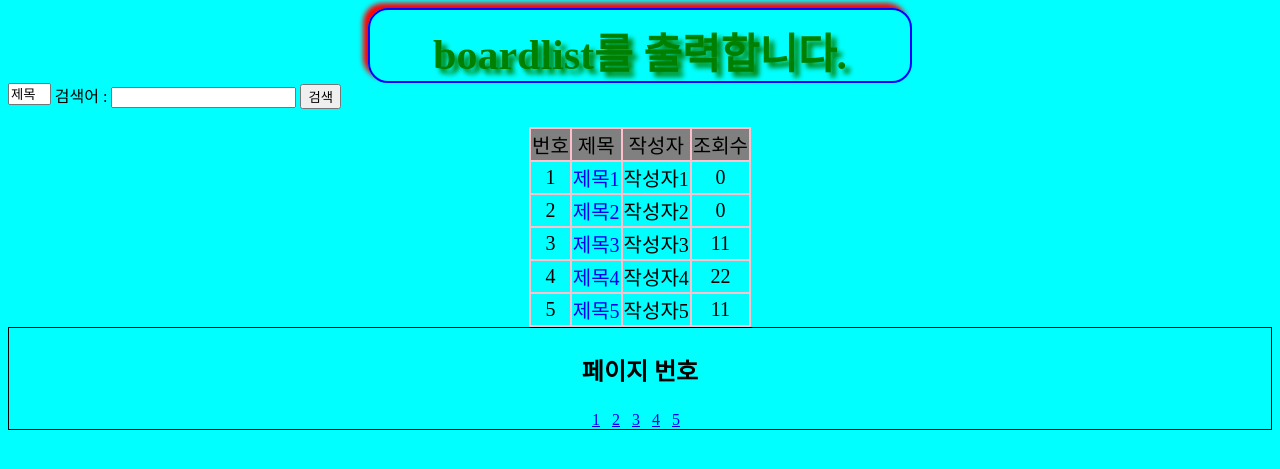
Repository: younseochoi/AI_PLATFORM
Page: my_code/03_web/html/src/main/webapp/boardlist.html
These files come from the project's save history. The page is drawn as it stood at one moment and after the next save; the edit follows.
The browser window is 1280 px wide. The pictures show the whole page.

Above is the page before, as saved 2022-07-25 08:22:34.

### my_code/03_web/html/src/main/webapp/boardlist.html
<!DOCTYPE html>
<html>
<head>
<meta charset="UTF-8">
<title>게시물리스트입니다.</title>
<style type="text/css">
body{
	background-color: aqua;
}

#title{
/* 제목 파랑박스 가로 중앙정렬/ 빨강음영 / 모서리 둥글게/ 텍스트 녹색 중앙정렬 */
	border: 2px solid blue;
	border-radius: 20px;
	color:green;
	font-size: 42px ;
	margin:0 auto ;
	box-shadow: -5px -5px 5px red;
	text-shadow: 5px 5px 5px green;
	text-align: center;
	width: 500px;
	padding :10px 20px 0px 20px ;
}

table{ margin:0 auto; text-align: center; border-collapse: collapse; font-size: 20px; }
tr{border: 2px solid pink; margin:0;}
th{border: 2px solid pink; margin:0;background-color: gray; font-weight: normal;}
td{border: 2px solid pink; margin:0;}
td a{
	text-decoration: none;
}
#page-num{
	border: 1px solid black;
	text-align: center;
}
#page-num h3{
	font-size: 24px;

}
</style>
</head>
<body>
<div id="title-box">
<h1 id="title">boardlist를 출력합니다.</h1>
</div>
<form action="boardsearch.html">
<div>
	<select name="item" multiple="multiple" size ="1" lang="1">
		<option value = "title">제목</option>
		<option value ="contents">내용</option>
		<option value="writer">작성자</option>
	</select>
	검색어 : <input type="text" name= "keyword">
			<input type = "submit" value="검색">
</div>
</form>
<br>
<div id="table-box">
<table>
	<tr>
		<th>번호</th>
		<th>제목</th>
		<th>작성자</th>
		<th>조회수</th>
	</tr>
	<tr>
		<td>1</td>
		<td><a href="boarddetail.html">제목1</a></td>
		<td>작성자1</td>
		<td>0</td>
	</tr>
	<tr>
		<td>2</td>
		<td><a href="boarddetail.html">제목2</a></td>
		<td>작성자2</td>
		<td>0</td>
	</tr>
	<tr>
		<td>3</td>
		<td><a href="boarddetail.html">제목3</a></td>
		<td>작성자3</td>
		<td>11</td>
	</tr>
	<tr>
		<td>4</td>
		<td><a href="boarddetail.html">제목4</a></td>
		<td>작성자4</td>
		<td>22</td>
	</tr>
	<tr>
		<td>5</td>
		<td><a href="boarddetail.html">제목5</a></td>
		<td>작성자5</td>
		<td>11</td>
	</tr>
</table>
</div>
<div id="page-num">
	<h3>페이지 번호</h3>
	<a href="boardlist.html">1</a> &nbsp;
	<a href="boardlist.html">2</a> &nbsp;
	<a href="boardlist.html">3</a> &nbsp;
	<a href="boardlist.html">4</a> &nbsp;
	<a href="boardlist.html">5</a> &nbsp;
</div>
</body>
</html>

After the next save:
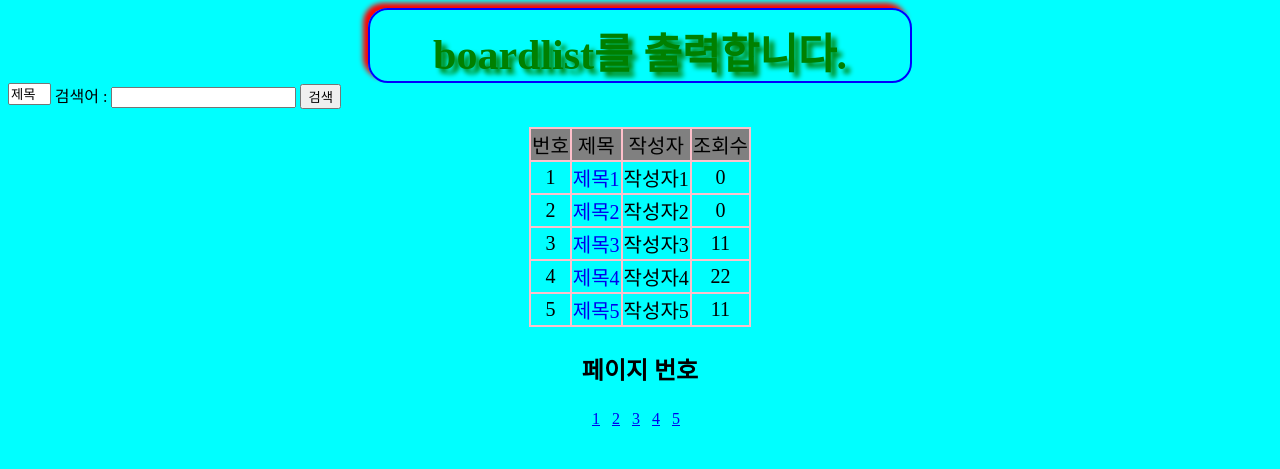
Saved 15 s later.
--- a/my_code/03_web/html/src/main/webapp/boardlist.html
+++ b/my_code/03_web/html/src/main/webapp/boardlist.html
@@ -30,7 +30,6 @@ td a{
 	text-decoration: none;
 }
 #page-num{
-	border: 1px solid black;
 	text-align: center;
 }
 #page-num h3{
